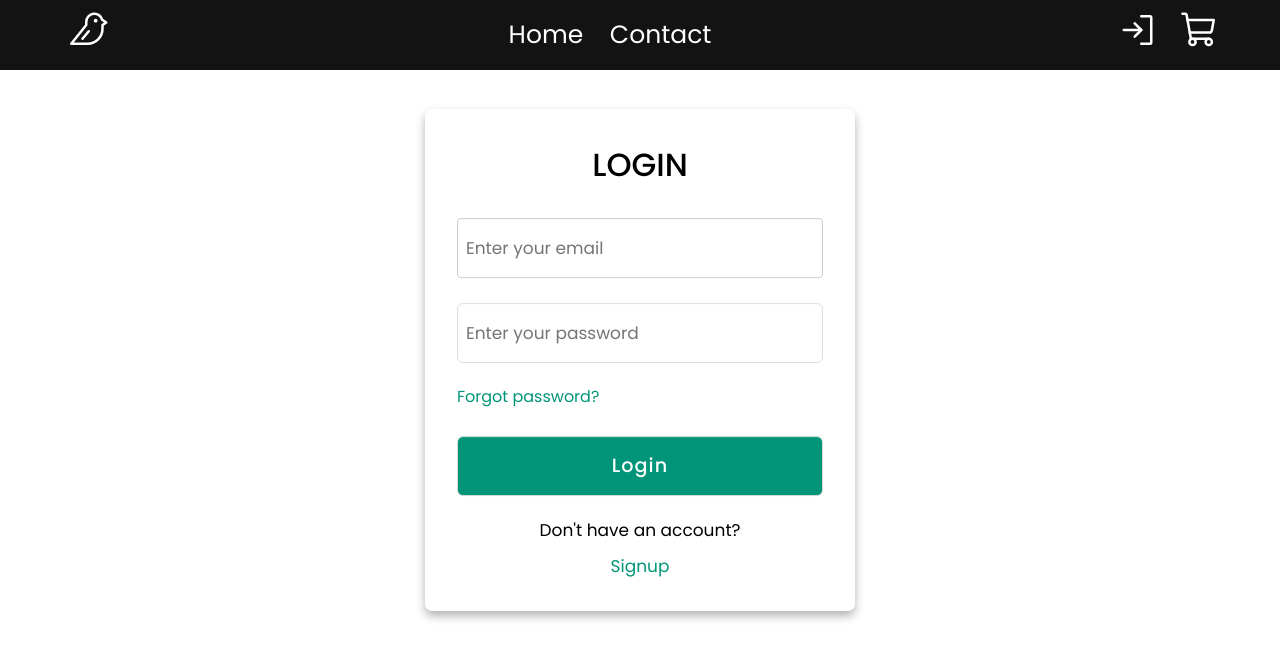
Repository: hoangdanh2/swp301
Page: /register
These files come from the project's save history. The page is drawn as it stood at one moment and after the next save; the edit follows.
The browser window is 1280 px wide. The pictures show the whole page.
The project was rebuilt for these pictures with package versions that can differ from the ones it lists, and the page was loaded fresh each time. Also part of the build but not shown: src/pages/shop/product.jsx, src/pages/shop/shop.css, src/pages/shop/shop.jsx, src/pages/contact/contact.jsx, src/pages/cart/cart-item.jsx, src/pages/cart/cart.css, src/pages/cart/cart.jsx.

Above is the page before, as saved 2023-05-29 10:33:46.

### src/App.js
import './App.css';
import { BrowserRouter as Router, Routes, Route } from "react-router-dom";
import { Navbar } from "./components/navbar";
import { Register } from "./pages/register/register";
import { Shop } from "./pages/shop/shop";
import { Contact } from "./pages/contact/contact";
import { Cart } from "./pages/cart/cart";
import { ShopContextProvider } from './context/shop-context';


function App() {
  return (
    <div className = "App">
      <ShopContextProvider>
        <Router>
          <Navbar />
          <Routes>
            <Route path = "/register" element = {<Register />} />
            <Route path = "/" element = {<Shop />} />
            <Route path = "/contact" element = {<Contact />} />
            <Route path = "/cart" element = {<Cart />} />
          </Routes>
        </Router>
      </ShopContextProvider>
    </div>
  );
}

export default App;

### src/App.css
.App {
  width: 100%;
  height: auto;
  min-height: 100vh;
  font-family: 'Segoe UI', Tahoma, Geneva, Verdana, sans-serif;
}

body {
  padding: 0;
  margin: 0;
}

### src/components/navbar.jsx
import React from "react";
import { Link } from "react-router-dom";
import { ShoppingCart, Bird, SignIn } from "phosphor-react";
import "./navbar.css";

export const Navbar = () => {
  return (
    <div className="navbar">
      <div className="links">
        <div className="icon">
          <Link to="/">
            <Bird size={40} />
          </Link>
        </div>
        <div className="middle">
          <Link to="/"> Home </Link>
          <Link to="/contact"> Contact</Link>
        </div>
        <div className="end">
            <Link to="/register">
                <SignIn size={40}/>
            </Link>
          <Link to="/cart">
            <ShoppingCart size={40} />
          </Link>
        </div>
      </div>
    </div>
  );
};

### src/pages/register/register.jsx
import React from "react";
import { Link } from "react-router-dom";
import { ShoppingCart, Bird, SignIn } from "phosphor-react";
import "./register.css";

export const Register = () => {
  return (
    <div className="container">
    <input type="checkbox" id="check"></input>
    <div className="login form">
      <header>LOGIN</header>
      <form action="#">
        <span className="Bird"></span><input type="text" placeholder="Enter your email"></input>
        <input type="password" placeholder="Enter your password"></input>
        <a href="#">Forgot password?</a>
        <input type="button" className="button" value="Login"></input>
      </form>
      <div className="signup">
        <span className="signup">Don't have an account?
         <label for="check">Signup</label>
        </span>
      </div>
    </div>
    <div className="registration form">
      <header>SIGNUP</header>
      <form action="#">
        <input type="text" placeholder="Enter your email"></input>
        <input type="password" placeholder="Create a password"></input>
        <input type="password" placeholder="Confirm your password"></input>
        <input type="button" className="button" value="Signup"></input>
      </form>
      <div className="signup">
        <span className="signup">Already have an account?
         <label for="check">Login</label>
        </span>
      </div>
    </div>
  </div>
  );
};

### src/context/shop-context.jsx
import { createContext, useEffect, useState } from "react";
import { PRODUCTS } from "../products";

export const ShopContext = createContext(null);

const getDefaultCart = () => {
    let cart = {};
    for (let i = 1; i < PRODUCTS.length + 1; i++) {
        cart[i] = 0;
    }
    return cart;
}

export const ShopContextProvider = (props) => {
    const [cartItems, setCartItems] = useState(getDefaultCart());

    const getTotalCartAmount = () => {
        let totalAmount = 0;
        for (const item in cartItems) {
            if (cartItems[item] > 0) {
                let itemInfo = PRODUCTS.find((product) => product.id === Number(item));
                totalAmount += cartItems[item] *itemInfo.price;
            }
        }
        return totalAmount;
    };

    const addToCart = (itemId) => {
        setCartItems((prev) => ({ ...prev, [itemId]: prev[itemId] + 1}));
    };

    const removeFromCart = (itemId) => {
        setCartItems((prev) => ({ ...prev, [itemId]: prev[itemId] - 1}));
    };

    const updateCartItemCount = (newAmount, itemId) => {
        setCartItems((prev) => ({ ...prev, [itemId]: newAmount }));
    };

    const checkout = () => {
        setCartItems(getDefaultCart());
    };

    const contextValue = {
        cartItems,
        addToCart,
        updateCartItemCount,
        removeFromCart,
        getTotalCartAmount,
        checkout,
    };

    return (
        <ShopContext.Provider value={contextValue}>
            {props.children}
        </ShopContext.Provider>
    );
};

### src/components/navbar.css
.navbar {
    width: 100%;
    height: 70px;
    background-color: rgb(19, 19, 19);
    display: flex;
    justify-content: center;
    align-items: center;
}

.links {
    margin-right: 50px;
    display: flex;
    align-items: center;
    justify-content: space-between;
    width: 100%;
}

.icon {
    margin-left: 50px;
}

.end {
    padding: 0 10px;
}

.links a {
    text-decoration: none;
    color: white;
    margin-left: 20px;
    font-size: 25px;
}

### src/pages/register/register.css
/* Import Google font - Poppins */
@import url('https://fonts.googleapis.com/css2?family=Poppins:wght@200;300;400;500;600;700&display=swap');
*{
  margin: 0;
  padding: 0;
  box-sizing: border-box;
  font-family: 'Poppins', sans-serif;
}

.container{
  position: absolute;
  top: 50%;
  left: 50%;
  transform: translate(-50%,-50%);
  max-width: 430px;
  width: 100%;
  background: #fff;
  border-radius: 7px;
  box-shadow: 0 5px 10px rgba(0,0,0,0.3);
}

.container .registration{
  display: none;
}

#check:checked ~ .registration{
  display: block;
}

#check:checked ~ .login{
  display: none;
}

#check{
  display: none;
}

.container .form{
  padding: 2rem;
}

.form header{
  font-size: 2rem;
  font-weight: 500;
  text-align: center;
  margin-bottom: 1.5rem;
}

 .form input{
   height: 60px;
   width: 100%;
   padding: 0 8px;
   font-size: 17px;
   margin-top: 15px;
   margin-bottom: 1.3rem;
   border: 1px solid #ddd;
   border-radius: 6px;
   outline: none;
 }

 .form input:focus{
   box-shadow: 0 1px 0 rgba(0,0,0,0.2);
 }

.form a{
  font-size: 16px;
  color: #009579;
  text-decoration: none;
}

.form a:hover{
  text-decoration: underline;
}

.form input.button{
  color: #fff;
  background: #009579;
  font-size: 1.2rem;
  font-weight: 500;
  letter-spacing: 1px;
  margin-top: 1.7rem;
  cursor: pointer;
  transition: 0.4s;
}

.form input.button:hover{
  background: #006653;
}

.signup{
  font-size: 17px;
  text-align: center;
}

.signup label{
  color: #009579;
  cursor: pointer;
}

.signup label:hover{
  text-decoration: underline;
}
input[type="text"],
input[type="email"],
input[type="message"],
textarea {
    width: 100%;
    padding: 8px;
    border: 1px solid #ccc;
    border-radius: 4px;
    box-sizing: border-box;
    margin-top: 5px;
    margin-bottom: 10px;
}

### src/products.js
import product1 from "./assets/products/1.png";
import product2 from "./assets/products/1.png";
import product3 from "./assets/products/1.png";
import product4 from "./assets/products/1.png";
import product5 from "./assets/products/1.png";
import product6 from "./assets/products/1.png";
import product7 from "./assets/products/1.png";
import product8 from "./assets/products/1.png";

export const PRODUCTS = [
  {
    id: 1,
    productName: "Bird Food",
    price: 999.0,
    productImage: product1,
  },
  {
    id: 2,
    productName: "Bird Food",
    price: 1999.0,
    productImage: product2,
  },
  {
    id: 3,
    productName: "Bird Food",
    price: 699.0,
    productImage: product3,
  },
  {
    id: 4,
    productName: "Bird Food",
    price: 228.0,
    productImage: product4,
  },
  {
    id: 5,
    productName: "Bird Food",
    price: 19.99,
    productImage: product5,
  },
  {
    id: 6,
    productName: "Bird Food",
    price: 68.0,
    productImage: product6,
  },
  {
    id: 7,
    productName: "Bird Food",
    price: 120.0,
    productImage: product7,
  },
  {
    id: 8,
    productName: "Bird Food",
    price: 40.0,
    productImage: product8,
  },
];

### src/pages/contact/contact.css
.contact{
    max-width: 400px;
    margin: 0 auto;
    padding: 20px;
}
.title-contact{
    text-align: center;
}
label{
    display: block;
    margin-top: 10px;
}
.form-contact{

    text-align: center;
}

input[type="text"],
input[type="email"],
input[type="message"],
textarea {
  width: 100%;
  padding: 8px;
  border: 1px solid #ccc;
  border-radius: 4px;
  box-sizing: border-box;
  margin-top: 5px;
  margin-bottom: 10px;
}

input[type="submit"] {
    background-color: #4CAF50;
    color: white;
    padding: 10px 15px;
    border: none;
    border-radius: 4px;
    cursor: pointer;
    font-size: 16px;
  }

  input[type="submit"]:hover {
    background-color: #45a049;
  }

  textarea {
    height: 100px;
  }

Loaded but not shown: public/index.html (common file); src/index.js (common file); src/index.css (common file); src/reportWebVitals.js (common file)

After the next save:
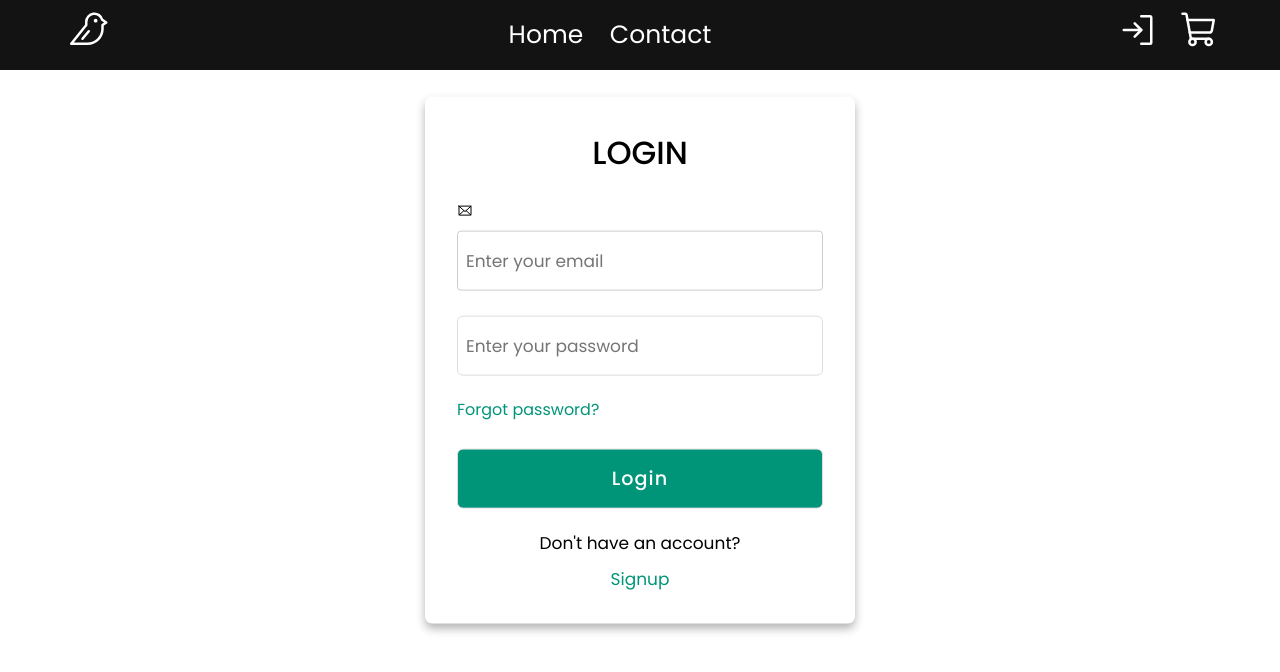
Saved 4 min 15 s later.
--- a/src/pages/register/register.jsx
+++ b/src/pages/register/register.jsx
@@ -1,6 +1,5 @@
 import React from "react";
-import { Link } from "react-router-dom";
-import { ShoppingCart, Bird, SignIn } from "phosphor-react";
+import { Envelope } from "phosphor-react";
 import "./register.css";
 
 export const Register = () => {
@@ -10,7 +9,7 @@
     <div className="login form">
       <header>LOGIN</header>
       <form action="#">
-        <span className="Bird"></span><input type="text" placeholder="Enter your email"></input>
+        <Envelope></Envelope><input type="text" placeholder="Enter your email"></input>
         <input type="password" placeholder="Enter your password"></input>
         <a href="#">Forgot password?</a>
         <input type="button" className="button" value="Login"></input>

After the 2 saves that followed:
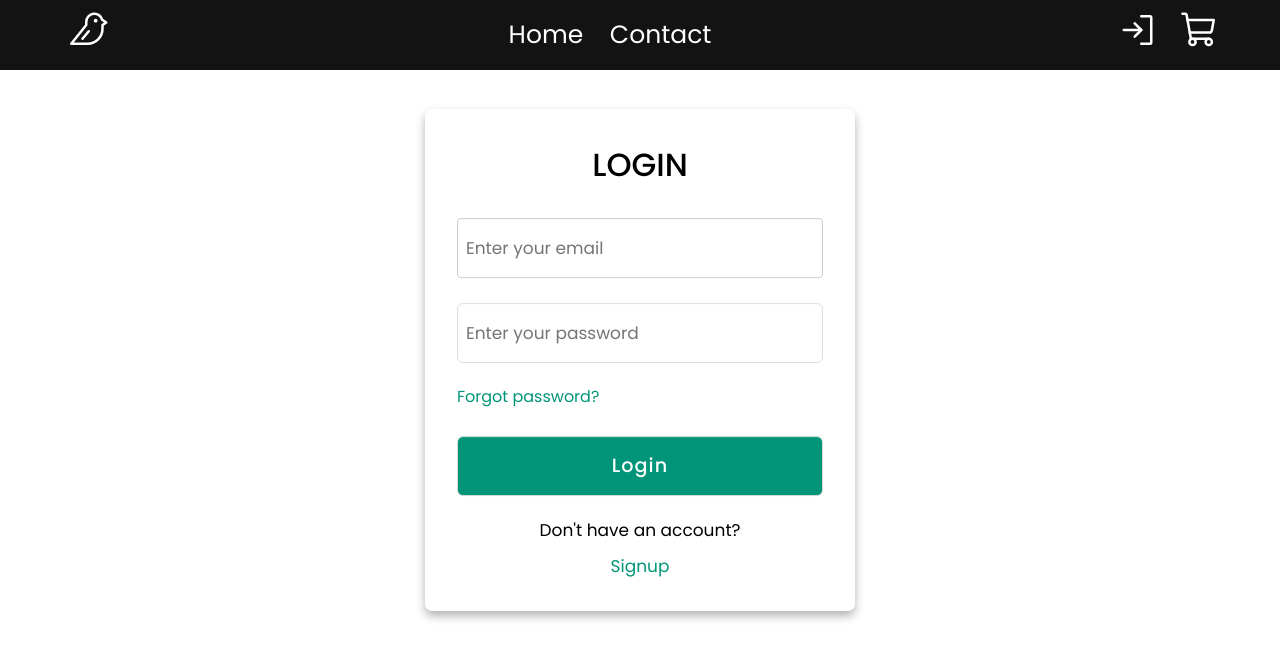
The 2 saves are shown as one change because 1 left the picture as it was.
The last was saved 39 s later.
--- a/src/pages/register/register.jsx
+++ b/src/pages/register/register.jsx
@@ -9,7 +9,7 @@
     <div className="login form">
       <header>LOGIN</header>
       <form action="#">
-        <Envelope></Envelope><input type="text" placeholder="Enter your email"></input>
+        <span Envelope></span><input type="text" placeholder="Enter your email"></input>
         <input type="password" placeholder="Enter your password"></input>
         <a href="#">Forgot password?</a>
         <input type="button" className="button" value="Login"></input>
